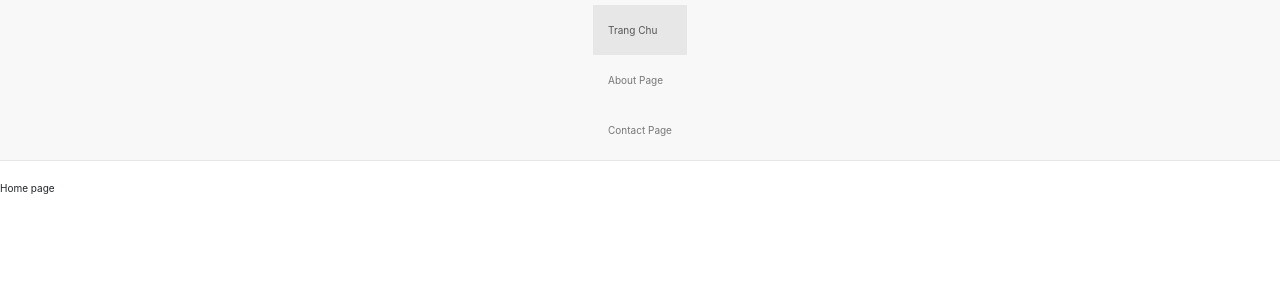
Repository: hntvip/react-route
Page: /
The author's editor kept a copy of each file at every save. The page is drawn from the files as they stood at one save, then again after the next save.
The browser window is 1280 px wide. The pictures show the whole page.
The project was rebuilt for these pictures with package versions that can differ from the ones it lists, and the page was loaded fresh each time. Also part of the build but not shown: src/components/About.js, src/components/Contact.js.

Above is the page before, as saved 2019-11-28 11:10:50.

### public/index.html
<!DOCTYPE html>
<html lang="en">
  <head>
    <meta charset="utf-8" />
    <link rel="icon" href="%PUBLIC_URL%/favicon.ico" />
    <meta name="viewport" content="width=device-width, initial-scale=1" />
    <meta name="theme-color" content="#000000" />
    <meta
      name="description"
      content="Web site created using create-react-app"
    />
    <link rel="apple-touch-icon" href="logo192.png" />
    <!--
      manifest.json provides metadata used when your web app is installed on a
      user's mobile device or desktop. See https://developers.google.com/web/fundamentals/web-app-manifest/
    -->
    <link rel="manifest" href="%PUBLIC_URL%/manifest.json" />
    <!--
      Notice the use of %PUBLIC_URL% in the tags above.
      It will be replaced with the URL of the `public` folder during the build.
      Only files inside the `public` folder can be referenced from the HTML.

      Unlike "/favicon.ico" or "favicon.ico", "%PUBLIC_URL%/favicon.ico" will
      work correctly both with client-side routing and a non-root public URL.
      Learn how to configure a non-root public URL by running `npm run build`.
    -->
    <title>React App</title>

    <!-- Latest compiled and minified CSS & JS -->
    <link rel="stylesheet" media="screen" href="//netdna.bootstrapcdn.com/bootstrap/3.3.4/css/bootstrap.min.css">
    <script src="//code.jquery.com/jquery.js"></script>
    <script src="//netdna.bootstrapcdn.com/bootstrap/3.3.4/js/bootstrap.min.js"></script>

  </head>
  <body>
    <noscript>You need to enable JavaScript to run this app.</noscript>
    <div id="root"></div>
    <!--
      This HTML file is a template.
      If you open it directly in the browser, you will see an empty page.

      You can add webfonts, meta tags, or analytics to this file.
      The build step will place the bundled scripts into the <body> tag.

      To begin the development, run `npm start` or `yarn start`.
      To create a production bundle, use `npm run build` or `yarn build`.
    -->
  </body>
</html>

### src/index.js
import React from 'react';
import ReactDOM from 'react-dom';
import './index.css';
import App from './App';
import * as serviceWorker from './serviceWorker';

import '../node_modules/bootstrap/dist/css/bootstrap.css';

ReactDOM.render(<App />, document.getElementById('root'));

// If you want your app to work offline and load faster, you can change
// unregister() to register() below. Note this comes with some pitfalls.
// Learn more about service workers: https://bit.ly/CRA-PWA
serviceWorker.unregister();

### src/App.js
import React, { Component } from 'react';
import { BrowserRouter as Router, Route, Switch, Link} from 'react-router-dom';
import Menu from './components/Menu';
import About from './components/About';
import Home from './components/Home';
import Contact from './components/Contact';
import routes from'./routes';

class App extends Component {
  render(){
    return (
      <Router>
        <div className="App">
          <Menu/>
          {/* Noi Dung */}
            <Route path="/" exact component={Home}></Route>
            {this.showContentMenus(routes)}
        </div>
      </Router>
    )
  }
  showContentMenus = (routes) => {
    var result = null;

    return result;

  }
}

export default App;

### src/components/Menu.js
import React, { Component } from 'react';
import { Route, Link} from 'react-router-dom';

const menus = [
  {
    name: "Trang Chu",
    to:"/",
    exact: true
  },{
    name: "About Page",
    to:"/about",
    exact: false
  },{
    name: "Contact Page",
    to:"/contact",
    exact: false
  }
]
const MenuLink = ({label, to, activeOnlyWhenExact}) => {
  return (
    <Route path={to} exact={activeOnlyWhenExact} children={({match})=>{
      var active = match ? 'active': 'abc'
      return (
        <li className={active}>
          <Link to={to} className="my-link">{label}</Link>
        </li>
      )
    }}>
    </Route>
  )
}

class Menu extends Component{
  render(){
    return(
      <nav className="navbar navbar-default navbar-fixed-top" role="navigation">
        <ul className="nav navbar-nav">
          { this.showMenus(menus)}
        </ul>
      </nav>
    );
  }

  showMenus = (menus) => {
    var result = null;
    if ( menus.length > 0 ){
      result = menus.map((menu, index) => {
        return (
          <MenuLink to={menu.to}
            key={index}
            label={menu.name}
            activeOnlyWhenExact={menu.exact}
          />
        )
      })
    }
    return result;
  }
}

export default Menu;

### src/components/Home.js
import React from 'react';

function Home() {
  return (
    <div>Home page</div>
  );
}

export default Home;

### src/routes.js
import React from 'react'
import About from './components/About';
import Home from './components/Home';
import Contact from './components/Contact';
import NotFound from './components/NotFound';

const routes = [
  {
    path:'',
    exact: true,
    main: () => <Home/>
  },
  {
    path:'/about',
    exact: false,
    main: () => <About/>
  },
  {
    path:'/contact',
    exact: false,
    main: () => <Contact/>
  },
  {
    path:'',
    exact: false,
    main: () => <NotFound/>
  }
]

export default routes;

### src/components/NotFound.js
import React from 'react';

function NotFound() {
  return (
    <div>NotFound page</div>
  );
}

export default NotFound;

Loaded but not shown: src/index.css (common file); src/serviceWorker.js (common file)

After the next save:
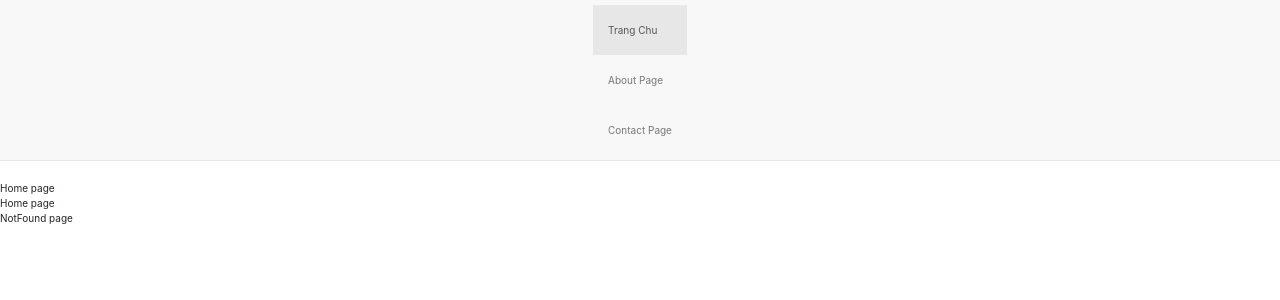
Saved 118 s later.
--- a/src/App.js
+++ b/src/App.js
@@ -21,7 +21,13 @@ class App extends Component {
   }
   showContentMenus = (routes) => {
     var result = null;
-
+    if( routes.length > 0){
+      result = routes.map( (route, index) => {
+        return (
+          <Route path={route.path} onlyExactWhenActive={route.exact} component={route.main}></Route>
+        )
+      })
+    }
     return result;
 
   }
